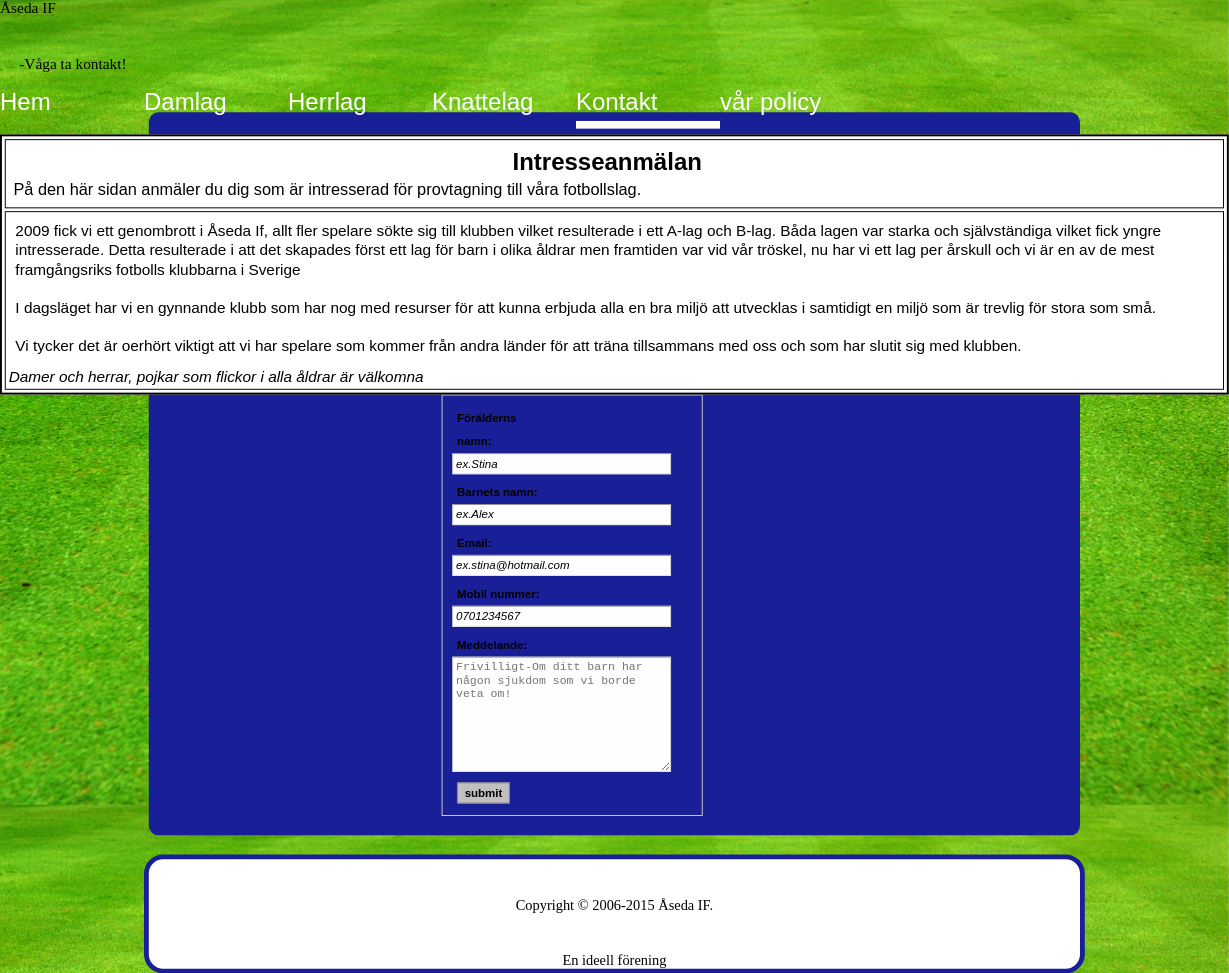
Repository: alexanderdanielsson28/ProjektAsedaIF
Page: html/Kontakt.html
The author's editor kept a record of every edit. The page is drawn from the files as they stood at one moment, then again after the next edit.
The browser window is 1280 px wide. The pictures show the whole page, at 96% of full size.
Backgrounds fixed to the window are drawn as part of the page. Some web libraries are served in a nearby version.

Above is the page before.

### html/Kontakt.html
<!DOCTYPE html>
<html>

<head>
    <title>kontaktsidan</title>
    <meta charset="UTF-8">
    <meta name="viewport" content="width=device-width, initial-scale=1.0">
    <link rel="stylesheet" media="only screen and (max-width:480px)" href="../css/mobile.css">
    <link href="../forms/form.css" rel="stylesheet">
    <script src="//ajax.googleapis.com/ajax/libs/jquery/1.10.2/jquery.min.js"></script>
    <script src="../forms/form1.js"></script>
    <link rel="stylesheet" type="text/css" media="only screen and (min-width:480px)" href="../menu.css">
    <link rel="stylesheet" type="text/css" media="only screen and (min-width:480px)" href="../css/media.css">
    <script src="../menu.js"></script>


</head>

<body>
    <div id="header">
        <h1 id="h1tag">Åseda IF</h1>
        <h3 class="hidden">-Våga ta kontakt!</h3>
    </div>
    <div id="meny">
        <div id="meny2">
            <nav id="navigation">
                <ul>
                    <li><a class="klass" href="../index.html">Hem</a></li>
                    <li><a class="klass" href="../html/Damlag.html">Damlag</a></li>
                    <li><a class="klass" href="../html/Herrlag.html">Herrlag</a></li>
                    <li><a class="klass" href="../html/Knattelag.html">Knattelag</a></li>
                    <li><a class="klass" href="../html/Kontakt.html">Kontakt</a></li>
                    <li><a class="klass" href="../html/Policy.html">vår policy</a></li>
                </ul>
            </nav>

        </div>
    </div>
    <article id="ark">
        <div id="bordern">
            <h2 id="barnh2">Intresseanmälan</h2>
            <h3 id="barn3">På den här sidan anmäler du dig som är intresserad för provtagning till våra fotbollslag.</h3>
        </div>
        <div id="paran">
            <p id="pbarn">2009 fick vi ett genombrott i Åseda If, allt fler spelare sökte sig till klubben vilket resulterade i ett A-lag och B-lag. Båda lagen var starka och självständiga vilket fick yngre intresserade. Detta resulterade i att det skapades först ett
                lag för barn i olika åldrar men framtiden var vid vår tröskel, nu har vi ett lag per årskull och vi är en av de mest framgångsriks fotbolls klubbarna i Sverige</p>
            <p id="alle">I dagsläget har vi en gynnande klubb som har nog med resurser för att kunna erbjuda alla en bra miljö att utvecklas i samtidigt en miljö som är trevlig för stora som små.</p>
            <p id="olikal">Vi tycker det är oerhört viktigt att vi har spelare som kommer från andra länder för att träna tillsammans med oss och som har slutit sig med klubben.</p>
            <p id="damerna">Damer och herrar, pojkar som flickor i alla åldrar är välkomna</p>
        </div>
    </article>

    <article id="formBox">

        <form id="form-contact" class="styled" action="" method="">
            <fieldset id="#formett">

                <ol>
                    <li class="form-row">
                        <label>Förälderns namn:</label>
                        <input id="input-name" type="text" class="text-input required fname default" name="fname" value="" title="ex.Stina" />
                    </li>

                    <li class="form-row">
                        <label>Barnets namn:</label>
                        <input id="input-name1" type="text" class="text-input required kname default" name="kname" value="" title="ex.Alex" />
                    </li>

                    <li class="form-row">

                        <label>Email:</label>
                        <input id="input-email" type="text" class="text-input required email default" name="email" value="" title="ex.stina@hotmail.com" />



                    </li>
                    <li class="form-row">
                        <label>Mobil nummer:</label>
                        <input id="input-phone" type="text" class="text-input required phone default " name="phone" value="" title="0701234567" />
                    </li>
                    <li class="form-row">
                        <label>Meddelande:</label>
                        <textarea id="input-message" class="text-area" name="message" cols="40" rows="8" placeholder="Frivilligt-Om ditt barn har någon sjukdom som vi borde veta om!"></textarea>
                    </li>
                    <li class="button-row text-right">
                        <input class="btn-submit" type="submit" value="submit" name="submit" />
                    </li>
                </ol>
            </fieldset>
        </form>
    </article>
    <div id="footer">
        <div id="footertext">
            <h3>Copyright © 2006-2015 Åseda IF.</h3>
            <h3>En ideell förening </h3>
        </div>
    </div>
</body>

</html>

### forms/form.css
/*h3 {
text-align:left;
}

div.main{
margin:50px auto;
font-family:raleway;
}
div.main h1{
text-align:center;
align:center;
word-spacing:5px;
}
div.login{
width:50%;
margin:0 auto;
border-radius: 10px;
font-family:raleway;
border: 2px solid #ccc;
padding: 10px 40px 25px;
}
hr{
border:0;
border-bottom:1px solid #ccc;
margin: 10px -40px;
margin-bottom: 30px;
}
h2{
background-color: #FEFFED;
text-align:center;
border-radius: 10px 10px 0 0;
margin: -10px -40px;
padding: 15px;
}
a{
text-decoration:none;
color: cornflowerblue;
}

i{
color: cornflowerblue;
}
#content{
alignment-adjust: central;
margin:0 auto;
text-align: left;
}
#note{
clear: left;
padding-top: 20px;
margin-left: 8px;
font-size: 18px;
text-align: center;
width:100%;
}
input[type=text],input[type=password],input[type=email]{
width:59.5%;
padding: 10px;
margin-top: 8px;
border: 1px solid #ccc;
padding-left: 5px;
font-size: 16px;
font-family:raleway;
}
input[type=submit]{
width: 100%;
background-color:#FFBC00;
color: white;
border: 2px solid #FFCB00;
padding: 10px;
font-size:20px;
cursor:pointer;
border-radius: 5px;
margin-bottom: 15px;
}
.msg{
width:59.5%;
padding: 10px;
margin-top: 8px;
border: 1px solid yellow;
padding-left: 5px;
font-size: 16px;
font-family:raleway;
}
p {
text-align:justify;
clear:both;
width:432px
}
span {
color:red
}

inp.invalid,
textarea.invalid {
    border: 2px solid red;
    background-image: url("../pictures/invalid.png");
    background-repeat: no-repeat;
    background-size: 10px 10px;
    background-position: right;
}


.error {
    display: none;
    margin-left: 10px;
}
.invalid {
    background-image: url("../pictures/invalid.png");
    width: 99.5%;
    padding: 10px;
    margin-top: 8px;
   background-repeat: no-repeat;
    background-size: 10px 10px;
    background-position: right;

    padding-left: 5px;
    font-size: 16px;
    font-family: raleway;
}

valid {
 display: none;
}

/*#submitdata{
      border: 2px solid red;
    background-image: url("../pictures/invalid.png");
    background-repeat: no-repeat;
    background-size: 10px 10px;
    background-position: right;
}




/*new*/
.error {
   color: #ff0000;
   font-size: 12px;
   margin-top: 5px;
   margin-bottom: 0;
}

.inputTxtError {
   border: 1px solid #ff0000;
   color: #0e0e0e;
}


#form-contact{
    background-color:withe;
}


.styled {
    font-family: Arial, sans-serif;
}
.styled fieldset {

    width:250px;
    border: 1px solid #ccc; padding: 10px;

}
.styled fieldset legend {
    font-size: 14px; font-weight: bold;
    color: #000;
    text-transform: capitalize;
    padding: 5px 10px;
    background: #fff; display: block;
    margin-bottom: 0;
    border: 1px solid #ccc;

}
.styled fieldset ol, .styled fieldset ol li {
    list-style: none;

}
.styled fieldset li.form-row {
    margin-bottom: 3px;
    padding: 2px 0;
    width: 100%;
    overflow: hidden;
    position: relative;


}
.styled label {
    font-size: 12px;
    display: block;
    font-weight: bold;
    float: left; width: 100px;
    margin-left: 5px;
    line-height: 24px;

}
.styled input.text-input, .styled .text-area {
    background: #fefefe;
    border-top: 1px solid #909090;
    border-right: 1px solid #cecece;
    border-bottom: 1px solid #e1e1e1;
    border-left: 1px solid #bbb;
    padding: 3px; width: 220px;
    font-size: 12px;

}
.styled input.text-input.default.active, .styled .text-area.default.active {
    color: black;
    font-style: italic;

}
.styled fieldset li.button-row {
    margin-bottom: 0;
    padding: 2px 5px;

}
form input.btn-submit {
    padding: 3px 7px;
    font-family: Arial, sans-serif;
    color: black; font-weight: bold;
    border: 1px solid gray;
    background: silver;
    font-size: 12px;

}

/* Form Validation */
.styled span.error {
    font-size: 11px;
    background: none;
    display: block;
    padding: 2px;
    text-align: center;


}
.styled fieldset li.error {
    color: #D8000C;
    background: #fff0f0 url(../pictures/invalid.png) no-repeat;
    background-size:10px 10px;
    background-position:100% 50%;
    border: 1px solid #f9c7c7;
    padding: 5px 0;

}
.styled fieldset li.error label {
    text-align: left;

}

/* Specific Form Rules */
#form-contact {
    width: 360px; margin: 0 auto;
}

.success {
    order: 1px solid;
    margin: 0;
    padding: 10px; text-align: center;
    color: #4F8A10;
    background-color: #ebf6d9;
    border-color:black;
}
.styled fieldset li.valid {
    background:url(../pictures/valid.png) no-repeat;
    background-size:10px 10px;
    background-position:100% 50%;


}

### menu.css


#meny

{

    padding:0;


    width:700px;

    height: 3px;

    /*border-radius: 3px;
*/
}
#meny2
{

    width:960px;
    margin:0 auto;
}
#meny2 ul
{

    position: relative;
    list-style-type: none;
    float:center;
    padding:0;margin:0;
}
#meny2 li


{
    width:150px;
    border-collapse: separate;
    /* border-left: 1px solid gray;
    border-radius:5px solid;
    */
    float:left;
    list-style-type: none;
    padding:0;margin:0;background-image:none;
}

#meny2 li.highlight
{

    background-color:white;
    top:50px;
    height:8px;
    z-index: 1;
    position: absolute;
    overflow:hidden;
    /*opacity: 0.8;*/

}
#meny2 li a
{

    height:10px;
    padding-top: 16px;
    margin: 0 0px;
    color:white;
    font: normal 25px arial;
    text-align: center;
    text-decoration: none;
    display: block;
    float:left;
    position: relative;
    z-index: 2;
}

Loaded but not shown: menu.js (151 lines, source omitted); forms/form1.js (87 lines, source omitted); css/media.css (1556 lines, source omitted); css/mobile.css (1090 lines, source omitted)

After the next edit:
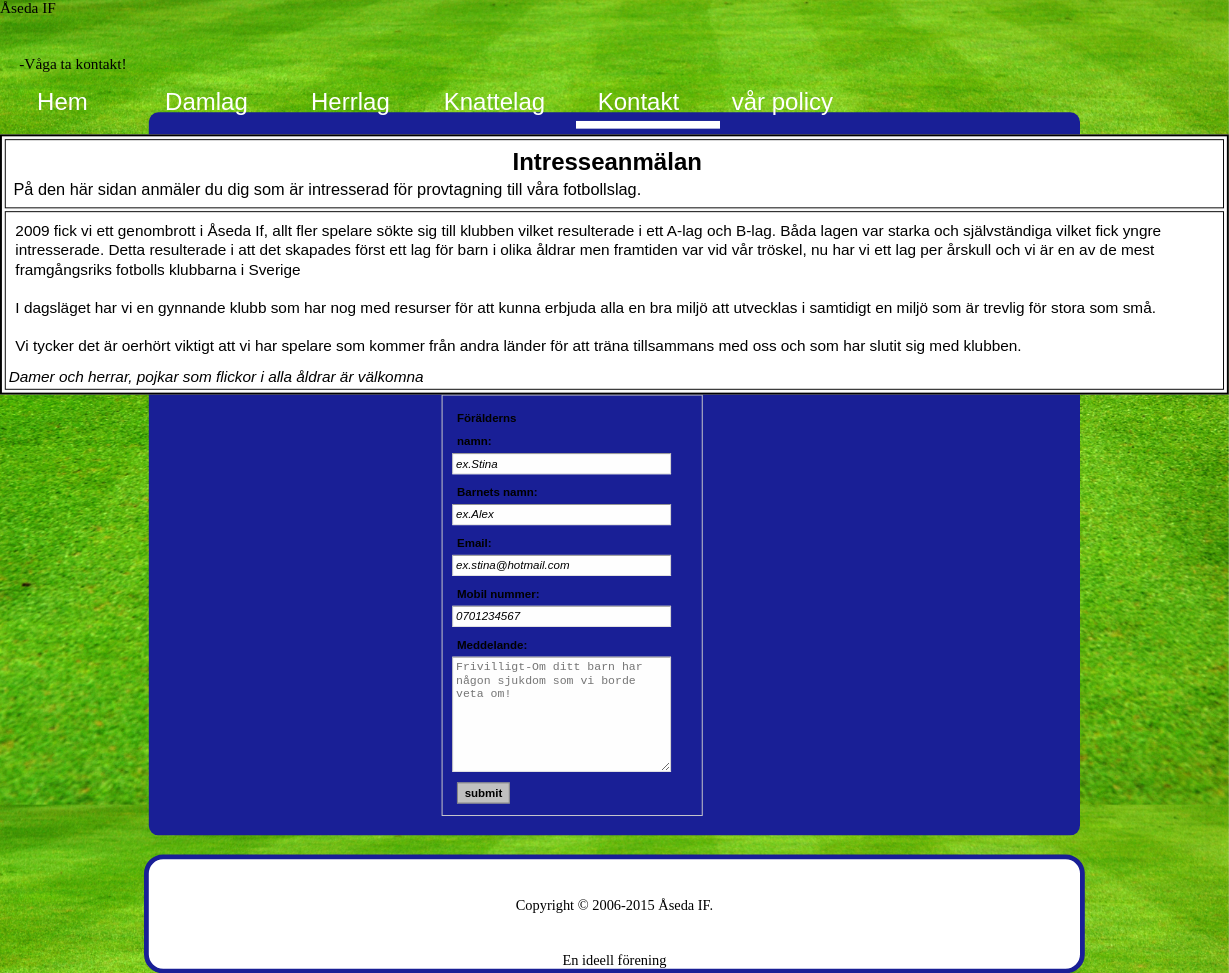
The edit:
--- a/menu.css
+++ b/menu.css
@@ -56,7 +56,7 @@
 }
 #meny2 li a
 {
-
+    width:130px;
     height:10px;
     padding-top: 16px;
     margin: 0 0px;
